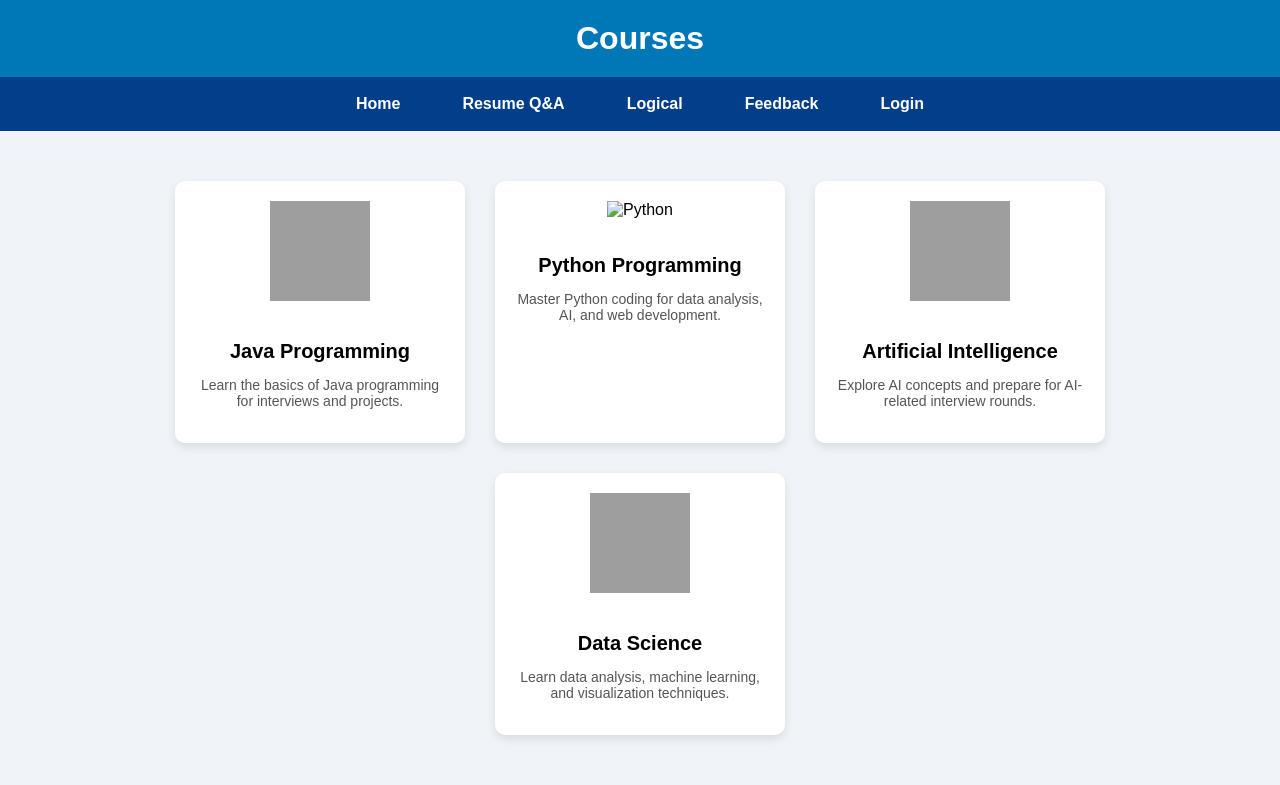
Repository: Mathin04/Online-Interview-Platform-
Page: urls/courses.html
An editor plug-in stored every save of this project. The page is shown before and after the next save, followed by the edit.
The browser window is 1280 px wide. The pictures show the whole page.
Pictures or frames that could not be fetched are drawn as grey boxes.

Above is the page before, as saved 2025-10-08 13:26:51.
Not found: urls/python.jpg

After the next save:
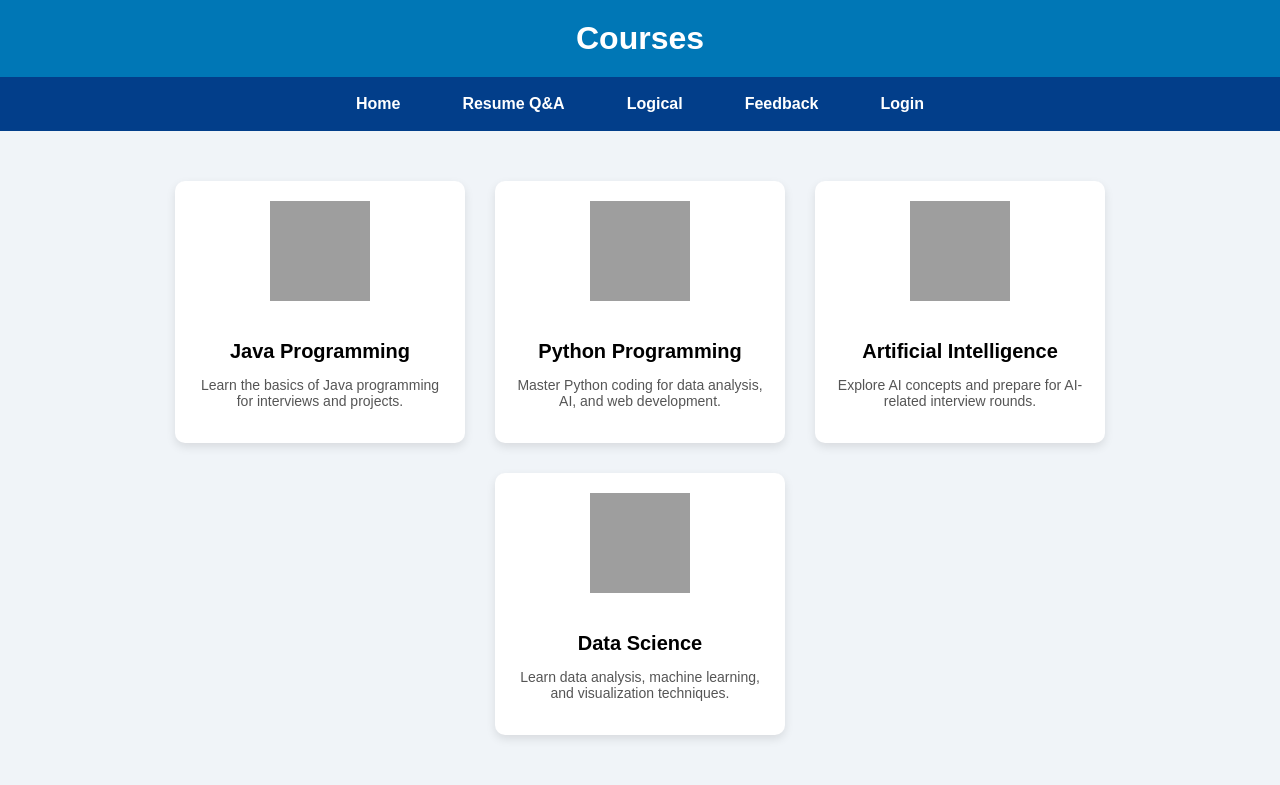
Saved 63 s later.
--- a/urls/courses.html
+++ b/urls/courses.html
@@ -120,7 +120,7 @@
   </div>
 
   <div class="course-card">
-    <img src="python.jpg" alt="Python">
+    <img src="C:\Users\Shalima\OneDrive\Desktop\M-Terview\images\python.jpg" alt="Python">
 
     <h3>Python Programming</h3>
     <p>Master Python coding for data analysis, AI, and web development.</p>
